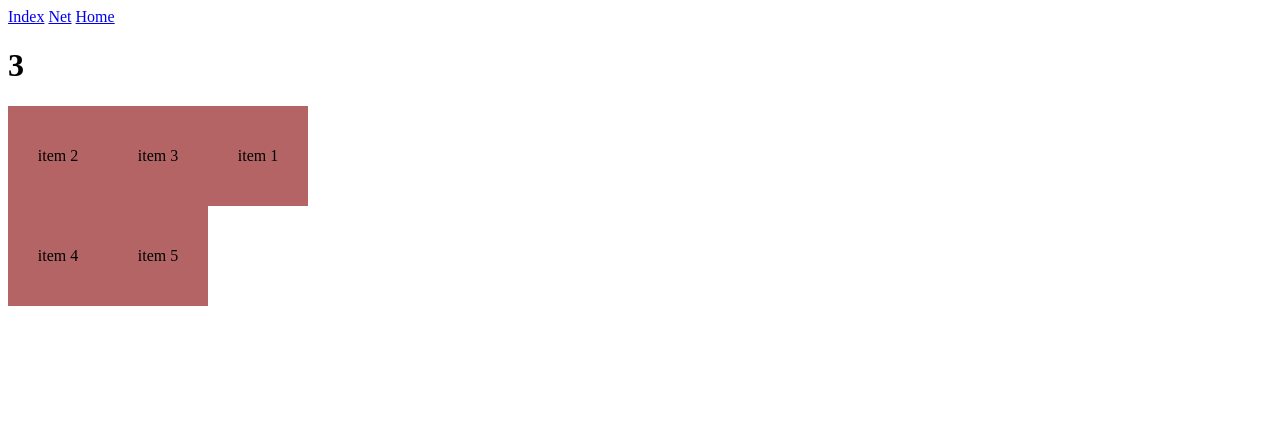
Repository: Nguyen-Toan-2004/du-an-test
Page: product.htm
An editor plug-in stored every save of this project. The page is shown before and after a run of saves, followed by the edit.
The browser window is 1280 px wide. The pictures show the whole page.

Above is the page before, as saved 2025-10-22 19:28:32.

After the next 4 saves:
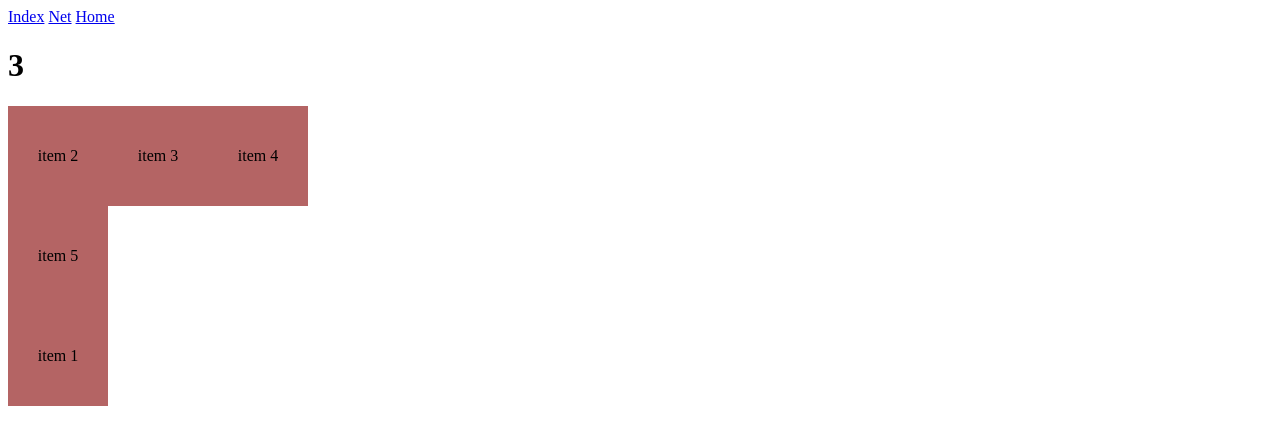
The 4 saves are shown as one change because they came seconds apart.
The last was saved 53 s later.
--- a/product.htm
+++ b/product.htm
@@ -23,8 +23,8 @@
         align-items: center;
       }
       .box1{
-        grid-row-start: 1;
-        grid-column-start: 3;
+        grid-row-start: 3;
+        grid-column-start: 1;
       }
     </style>
     <div class="container">

After the save that followed:
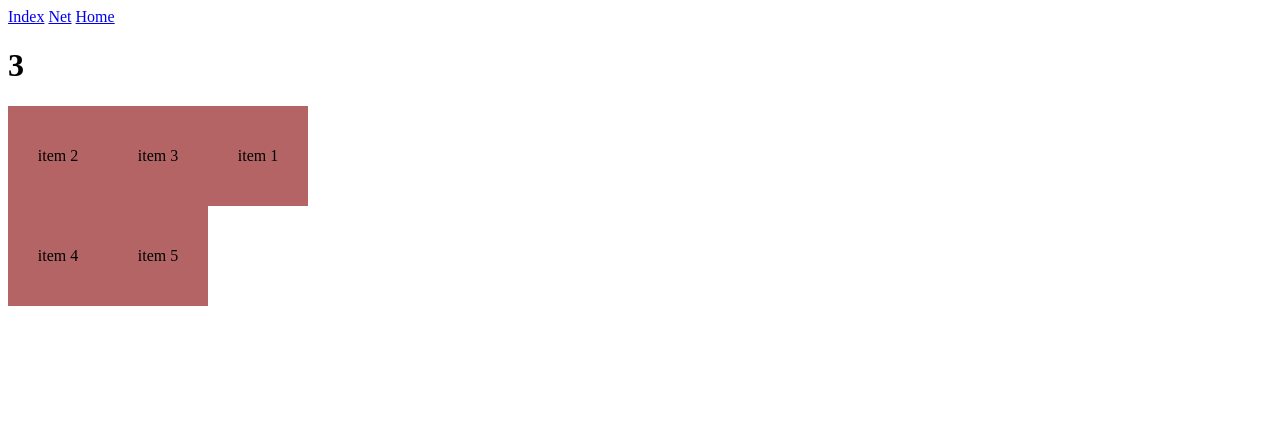
Saved 4 s later.
--- a/product.htm
+++ b/product.htm
@@ -23,8 +23,8 @@
         align-items: center;
       }
       .box1{
-        grid-row-start: 3;
-        grid-column-start: 1;
+        grid-row-start: 1;
+        grid-column-start: 3;
       }
     </style>
     <div class="container">
